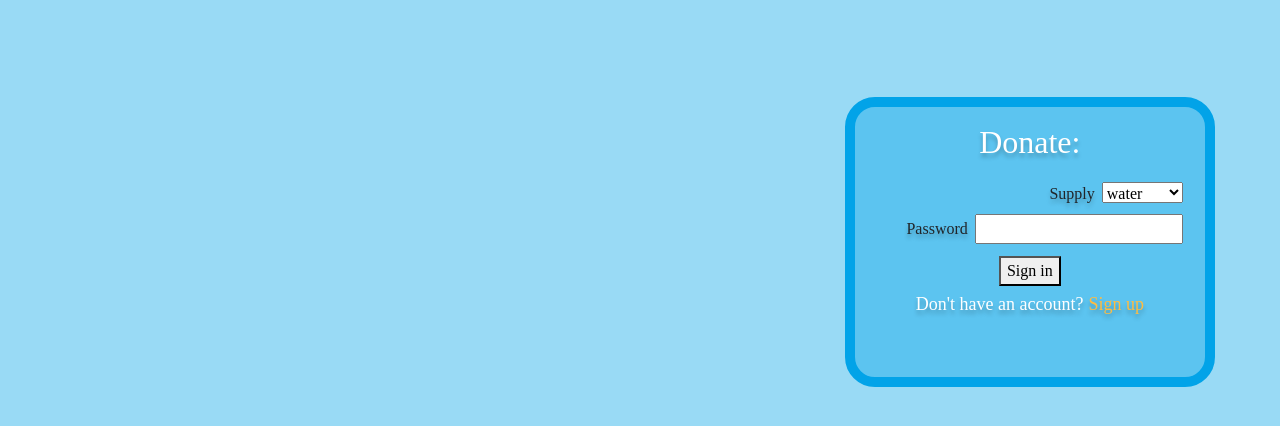
Repository: uprm-inso-4115-2019-2020-S2/semester-project-inso4115-DisasterAid-backend
Page: /donate-modal (app in disaster-aid/)
The author's editor kept a copy of each file at every save. The page is drawn from the files as they stood at one save, then again after the next save.
The browser window is 1280 px wide. The pictures show the whole page.
The project was rebuilt for these pictures with package versions that can differ from the ones it lists, and the page was loaded fresh each time. Also part of the build but not shown: disaster-aid/angular.json, disaster-aid/src/app/login/login.component.ts, disaster-aid/src/app/register/register.component.ts, disaster-aid/src/app/home/home.component.ts, disaster-aid/src/app/landing-page/landing-page.component.ts, disaster-aid/src/app/donations/donations.component.ts, disaster-aid/src/app/donations.service.ts.

Above is the page before, as saved 2020-05-08 04:19:46.

### disaster-aid/src/index.html
<!doctype html>
<html lang="en">
<head>
  <meta charset="utf-8">
  <title>DisasterAid</title>
  <base href="/">
  <meta name="viewport" content="width=device-width, initial-scale=1">
  <link rel="icon" type="image/x-icon" href="favicon.ico">
</head>
<body>
  <app-root></app-root>
</body>
</html>

### disaster-aid/src/styles.css
/* You can add global styles to this file, and also import other style files */

html { background-color:rgba(2, 163, 232, 0.4); }

### disaster-aid/src/app/app.module.ts
import { BrowserModule } from '@angular/platform-browser';
import { NgModule } from '@angular/core';
import { FormsModule, ReactiveFormsModule } from '@angular/forms';



import { AppRoutingModule } from './app-routing.module';
import { AppComponent } from './app.component';
import { RegisterComponent } from './register/register.component';
import { LoginComponent } from './login/login.component';
import { HttpClientModule } from '@angular/common/http';
import { HomeComponent } from './home/home.component'
import { UserApiService } from './userapi.service';
import { LandingPageComponent } from './landing-page/landing-page.component';
import { DonationsComponent } from './donations/donations.component';


@NgModule({
  declarations: [
    AppComponent,
    RegisterComponent,
    LoginComponent,
    HomeComponent,
    LandingPageComponent,
    DonationsComponent,
  ],
  imports: [
    BrowserModule,
    AppRoutingModule,
    FormsModule,
    ReactiveFormsModule,
    HttpClientModule
  ],
  providers: [UserApiService],
  bootstrap: [AppComponent]
})
export class AppModule { }

### disaster-aid/src/app/app-routing.module.ts
import { NgModule } from '@angular/core';
import { Routes, RouterModule } from '@angular/router';
import {LoginComponent} from './login/login.component';
import { RegisterComponent } from './register/register.component';
import { HomeComponent } from './home/home.component';
import { LandingPageComponent } from './landing-page/landing-page.component';
import { DonationsComponent } from './donations/donations.component';
import { DonateModalComponent} from './donate-modal/donate-modal.component';


const routes: Routes = [
  { path: '', redirectTo: '/landing_page', pathMatch: 'full'}, //Make home the default landing page
  { path: 'register', component: RegisterComponent},
  { path: 'login', component: LoginComponent },
  { path: 'home', component: HomeComponent},
  { path: 'landing_page', component: LandingPageComponent },
  { path: 'my-donations', component: DonationsComponent },
  { path: 'donate-modal', component: DonateModalComponent},

];

@NgModule({
  imports: [RouterModule.forRoot(routes)],
  exports: [RouterModule]
})
export class AppRoutingModule { }

### disaster-aid/src/app/app.component.ts
import { Component } from '@angular/core';

@Component({
  selector: 'app-root',
  templateUrl: './app.component.html',
  styleUrls: ['./app.component.css']
})
export class AppComponent {
  title = 'disaster-aid';
}

### disaster-aid/src/app/userapi.service.ts
import { Injectable } from '@angular/core';
import { HttpClient, HttpErrorResponse, HttpHeaders } from '@angular/common/http';
import { User } from './user';
import { Observable, throwError } from 'rxjs';
import { catchError } from 'rxjs/operators';


@Injectable({
  providedIn: 'root'
})
export class UserApiService {

  constructor(private httpClient:HttpClient) { }

  private _handleError(error: HttpErrorResponse | any) {
    let data = {};
                data = {
                    reason: error && error.error.reason ? error.error.reason : '',
                    status: error.status
                };
                console.error(data);
                return throwError(error);
  }

    public server:String = " http://localhost:5000/";

   public getUsers() : Observable<User[]> {
     return this.httpClient
     .get<User[]>(this.server + "DAD/users")
     .pipe(catchError (this._handleError));
   }

   public getUser(userID : String): Observable<User> {
    return this.httpClient
    .get<User>(this.server + `DAD/users/${userID}`)
    .pipe(catchError (this._handleError));
  }

  public createUser(user: User): Observable<any> {

    const httpOptions = {
      headers: new HttpHeaders ({
        'Content-Type':'application/json',
        'Accept': 'application/json'
      })
    };
    return this.httpClient
    .post(this.server + "DAD/users", user, httpOptions)
    .pipe(catchError (this._handleError));;
  }


}

### disaster-aid/src/app/donate-modal/donate-modal.component.ts
import { Component, OnInit } from '@angular/core';

@Component({
  selector: 'app-donate-modal',
  templateUrl: './donate-modal.component.html',
  styleUrls: ['./donate-modal.component.css']
})
export class DonateModalComponent implements OnInit {

  constructor() { }

  ngOnInit(): void {
  }

}

### disaster-aid/src/app/donate-modal/donate-modal.component.html
<div class="donateBox">
    <p style="font-size: xx-large; text-align: center; padding-top: 3%; color: white;">Donate:</p>
    <!-- <form [formGroup]="loginForm" (ngSubmit)="onSubmit(loginForm.value)"> -->
        <div style="text-align: right; padding-right: 22px;">
            <div>
                <label for="Supply" style="padding-right: 7px;">Supply</label>
                <select id="supply" name="supply">
                    <option value="water">water</option>
                    <option value="food">food</option>
                    <option value="medicine">medicine</option>
                    <option value="clothing">clothing</option>

                </select>
            </div>
            <div>
                <label for="password" style="padding-right: 7px;">Password</label>
                <input class="input" id="password" type="password" formControlName="password">
            </div>
        </div>

        <div style="text-align: center; padding-top: 7px;">
            <button class="button" type="submit">Sign in</button>
        </div>
    <!-- </form> -->

    <div style="text-align: center; padding-top: 5px; font-size: large;">
        <label style="color: white; padding-right: 5px;">Don't have an account?</label>
        <a routerLink="/register" routerLinkActive="active" style="color:#FFBC40 ;">Sign up</a>
    </div>

</div>

### disaster-aid/src/app/donate-modal/donate-modal.component.css
.donateBox {
    position: absolute;
    width: 370px;
    height: 290px;
    left: 66%;
    top: 97px;
    background: rgba(2, 163, 232, 0.4);
    border: 10px solid #02A3E8;
    border-radius: 30px;
    font-family: 'Fredoka One', cursive;
    font-family: 'Gochi Hand', cursive;
    text-shadow: 0px 4px 4px rgba(0, 0, 0, 0.25);
}

Loaded but not shown: disaster-aid/src/main.ts (common file); disaster-aid/src/environments/environment.ts (common file); disaster-aid/src/app/app.component.html (common file); disaster-aid/src/app/app.component.css (no stored copy; drawn as an empty file)

After the next save:
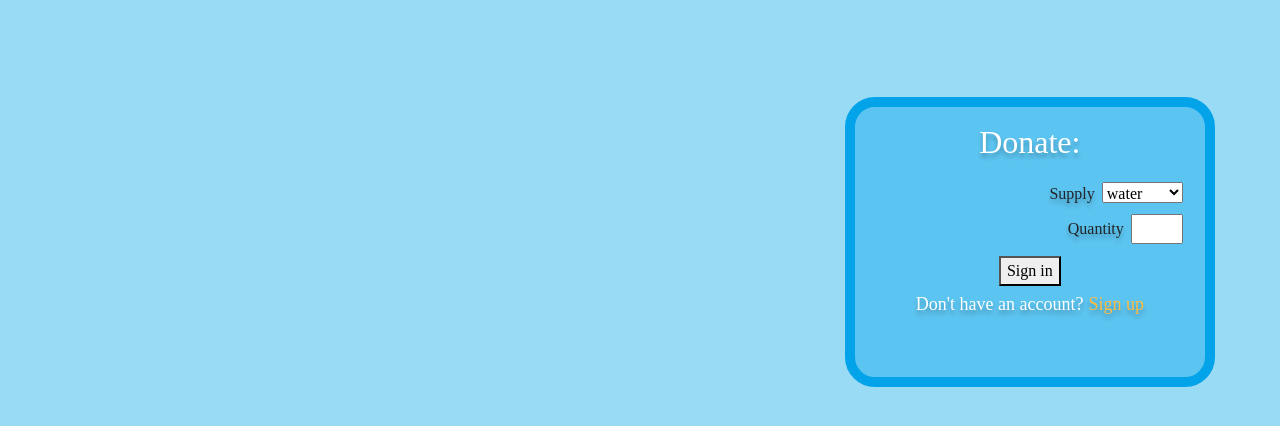
Saved 3 min 10 s later.
--- a/disaster-aid/src/app/donate-modal/donate-modal.component.html
+++ b/disaster-aid/src/app/donate-modal/donate-modal.component.html
@@ -13,8 +13,9 @@
                 </select>
             </div>
             <div>
-                <label for="password" style="padding-right: 7px;">Password</label>
-                <input class="input" id="password" type="password" formControlName="password">
+
+                <label for="quantity" style="padding-right: 7px;">Quantity</label>
+                <input type="number" id="quantity" name="quantity" min="1" max="5">
             </div>
         </div>
 
